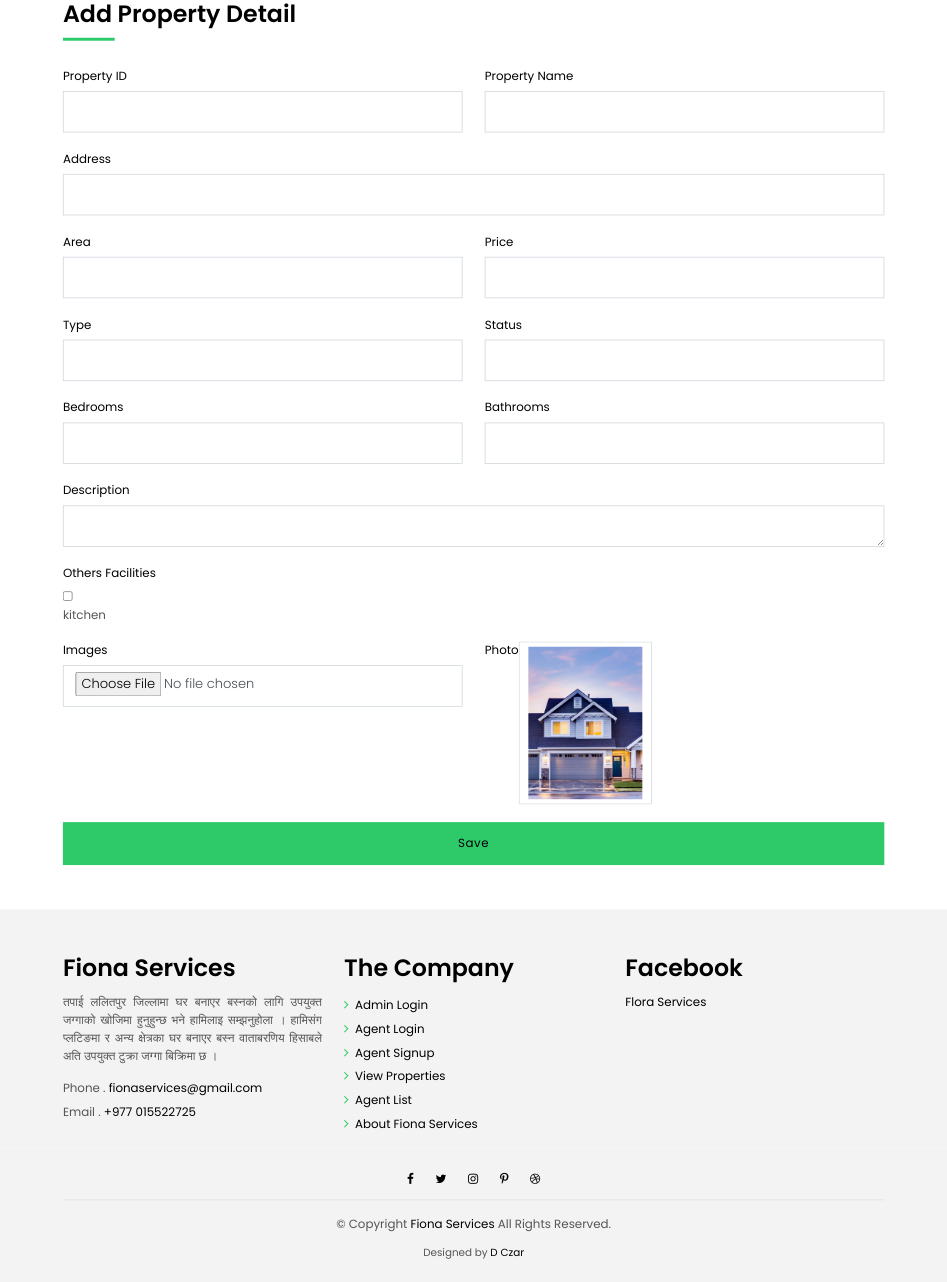
Repository: Sjuicyy/realstate
Page: Add-Property.html
An editor plug-in stored every save of this project. The page is shown before and after the next save, followed by the edit.
The browser window is 1280 px wide. The pictures show the whole page, at 74% of full size.

Above is the page before, as saved 2022-10-13 16:03:58.

After the next save:
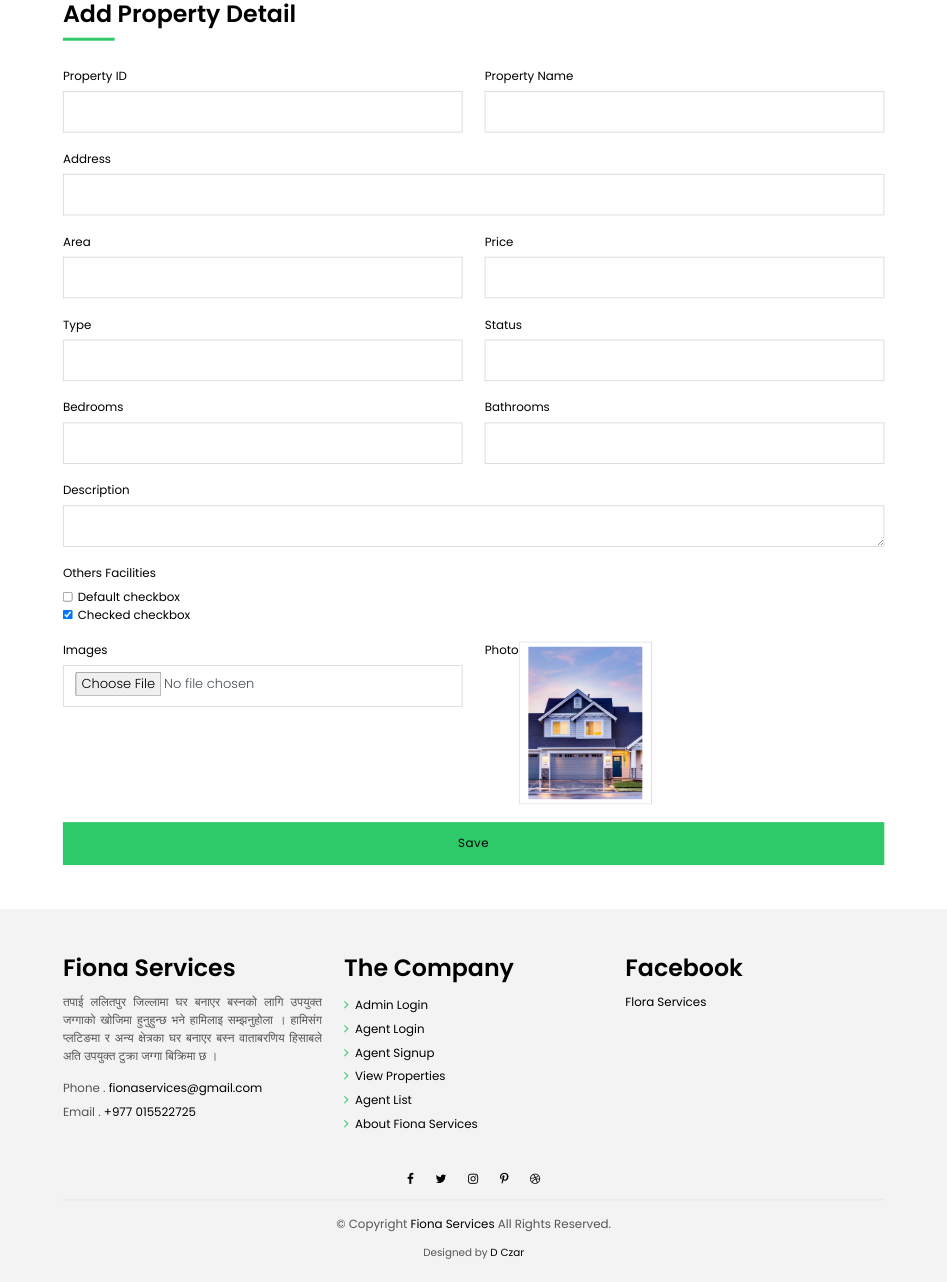
Saved 32 s later.
--- a/Add-Property.html
+++ b/Add-Property.html
@@ -192,9 +192,17 @@
               <div class="form-group">
                 <label for="bathrooms">Others Facilities</label> <br>
                 <div class="form-check">
-
+                  <input class="form-check-input" type="checkbox" value="" id="flexCheckDefault">
+                  <label class="form-check-label" for="flexCheckDefault">
+                    Default checkbox
+                  </label>
                 </div>
-                <input type="checkbox" name="" id=""> <p>kitchen</p>
+                <div class="form-check">
+                  <input class="form-check-input" type="checkbox" value="" id="flexCheckChecked" checked>
+                  <label class="form-check-label" for="flexCheckChecked">
+                    Checked checkbox
+                  </label>
+                </div>
               </div>
             </div>
 
